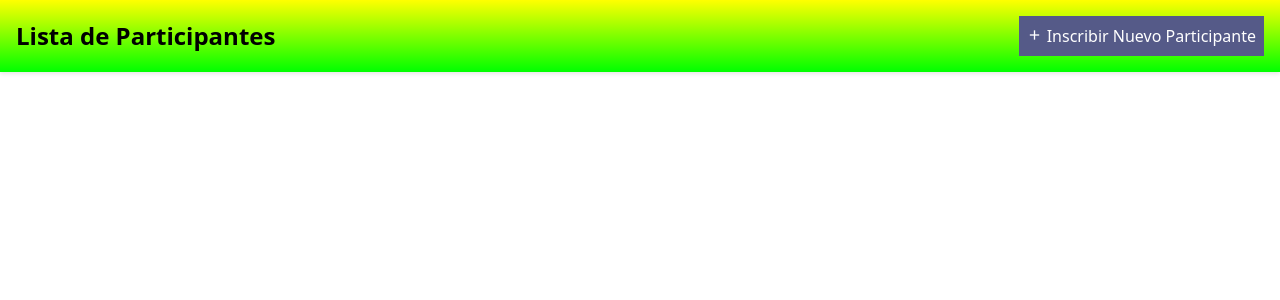
Repository: LukasMoyano/Entregable004-crudsymetodoshttp_01_backup001
Page: /
The author's editor kept a copy of each file at every save. The page is drawn from the files as they stood at one save, then again after the next save.
The browser window is 1280 px wide. The pictures show the whole page.
The page's requests for data from a server got no answer. The project was rebuilt for these pictures with package versions that can differ from the ones it lists, and the page was loaded fresh each time. No one was signed in, and anything a server would have sent is missing. Also part of the build but not shown: vite.config.js, src/components/User.jsx.

Above is the page before, as saved 2023-08-16 23:51:47.

After the next save:
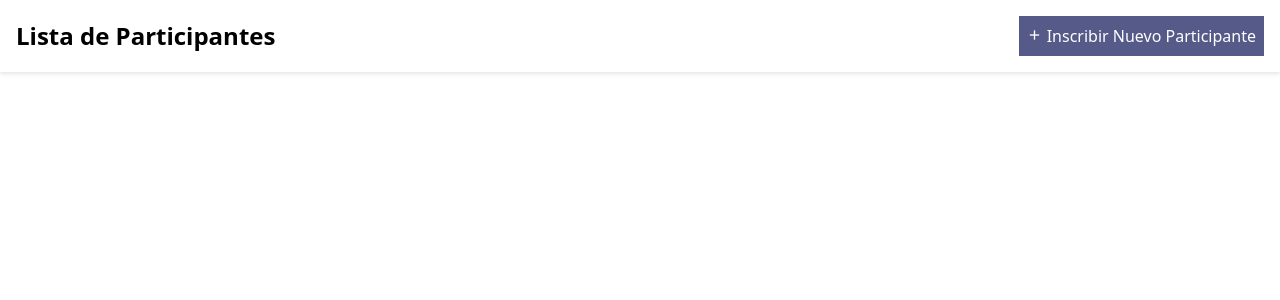
Saved 2 min 11 s later.
--- a/src/components/Header.jsx
+++ b/src/components/Header.jsx
@@ -9,7 +9,7 @@
     <header
       className="p-4 flex flex-wrap justify-between items-center"
       style={{
-        background: 'linear-gradient(to top, #00FF00, #FFFF00)',
+        // background: 'linear-gradient(to top, #00FF00, #FFFF00)',
         boxShadow: '0px 2px 4px rgba(0, 0, 0, 0.1)',
       }}
     >
